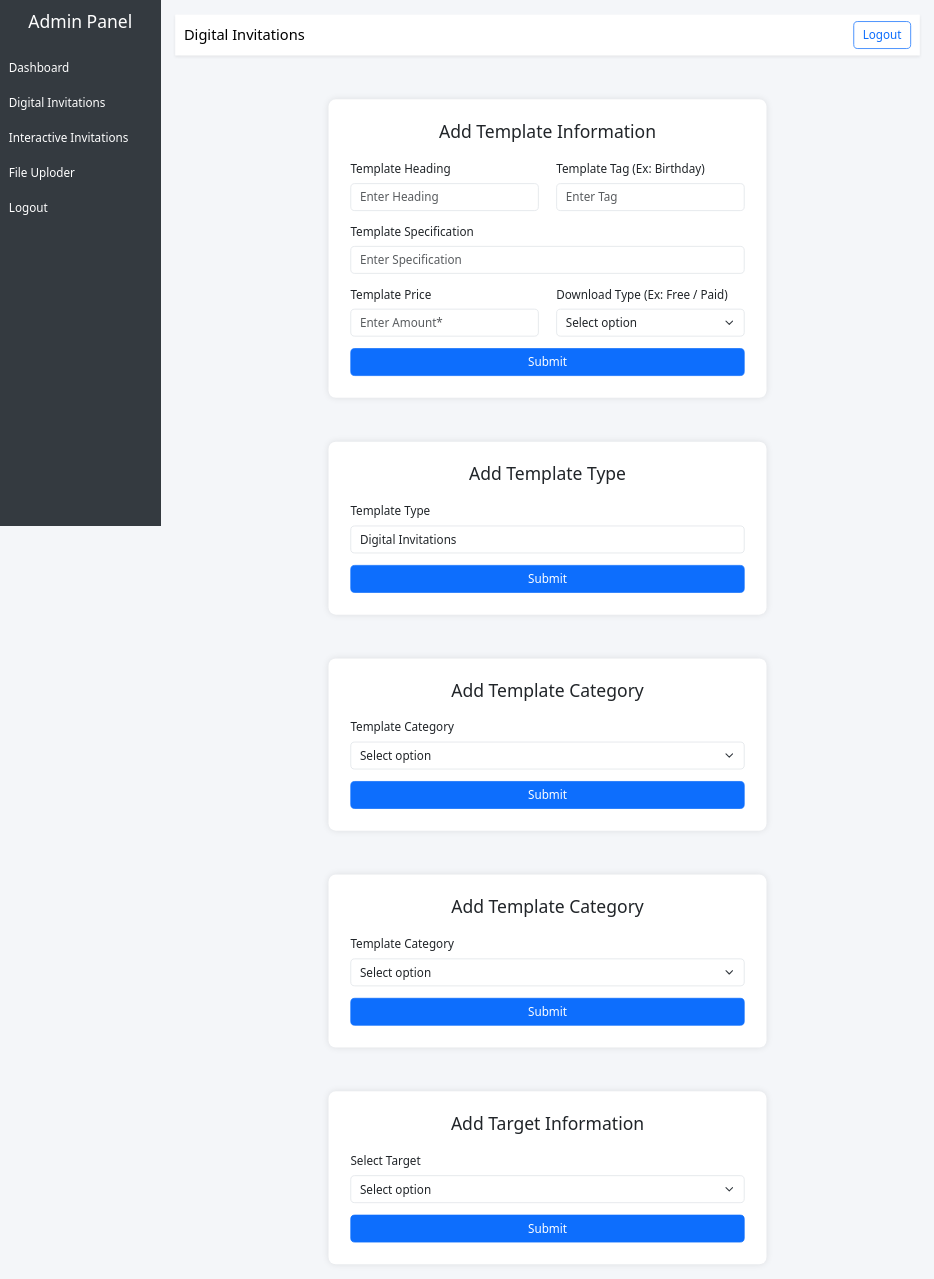
Repository: viraj7551/Flying-Invite-Project
Page: http://localhost/Admin03/digital_invitation.jsp
The author's editor kept a copy of each file at every save. The page is drawn from the files as they stood at one save, then again after the next save.
The browser window is 1280 px wide. The pictures show the whole page, at 73% of full size.
Some web fonts or font styles are not loaded; a fallback is used. The page is served by Tomcat 9.

Above is the page before, as saved 2026-07-18 17:32:48.

After the next save:
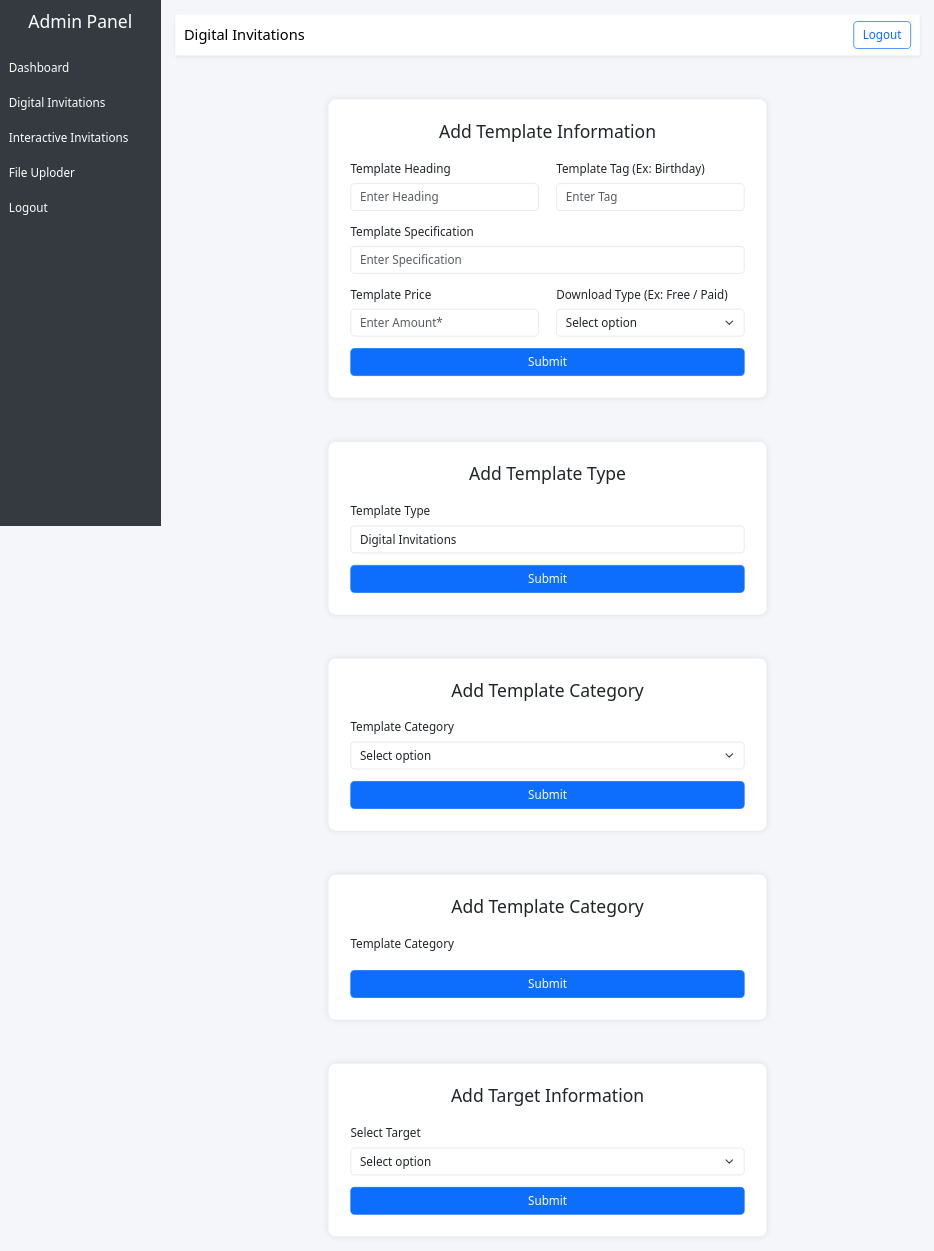
Saved 11 s later.
--- a/Admin03/WebContent/digital_invitation.jsp
+++ b/Admin03/WebContent/digital_invitation.jsp
@@ -232,11 +232,7 @@
   <div class="row">
      <div class="mb-3">
           <label class="form-label">Template Category</label>
-                <select id ="first_drop_down" class="form-select" onchange = "festivalFilter()" name="category_selector">
-          <option selected>Select option</option>
-          <option value="Greetings">Greetings</option>
-          <option value="Invitations">Invitations</option>
-       </select>
+
     </div>
    <div class="d-grid">
       <button type="submit" class="btn btn-primary">Submit </button>

After the save that followed:
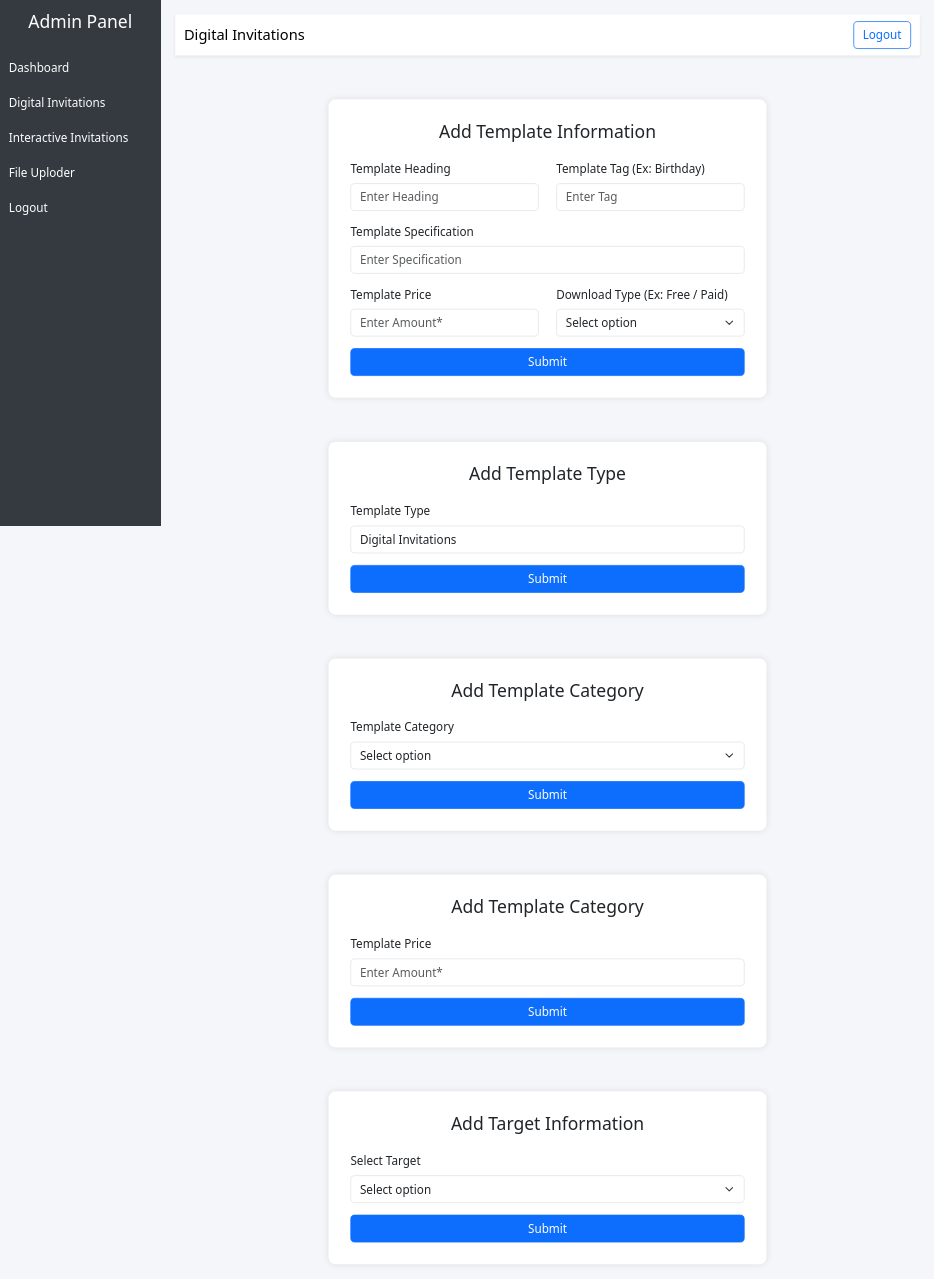
Saved 35 s later.
--- a/Admin03/WebContent/digital_invitation.jsp
+++ b/Admin03/WebContent/digital_invitation.jsp
@@ -231,8 +231,8 @@
  <form method="POST" action="/Admin03/Invitations">
   <div class="row">
      <div class="mb-3">
-          <label class="form-label">Template Category</label>
-
+                    <label class="form-label">Template Price</label>
+          <input type="text" class="form-control" placeholder="Enter Amount*" name="total_amount">
     </div>
    <div class="d-grid">
       <button type="submit" class="btn btn-primary">Submit </button>
